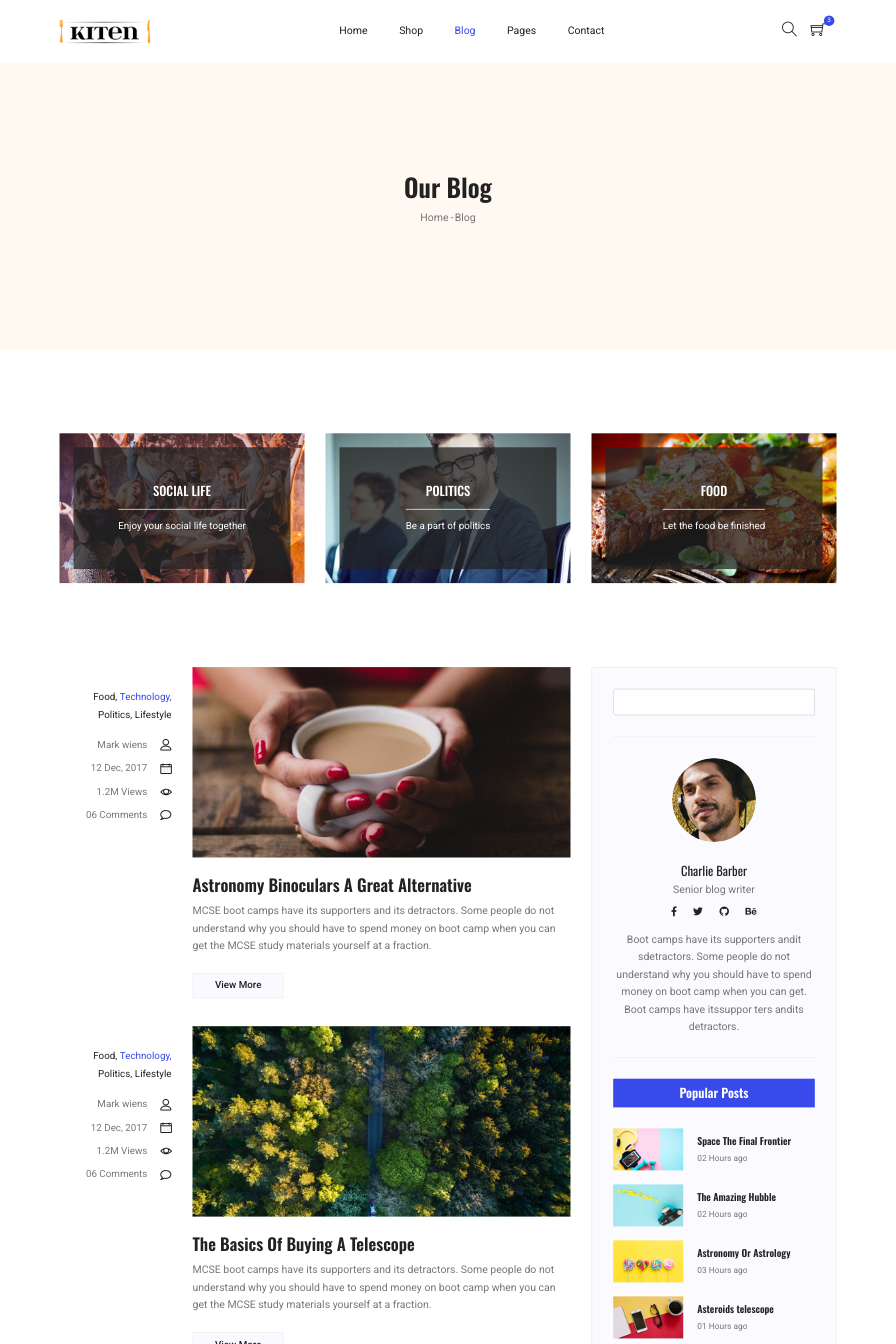
Repository: miniwon/semiProject_KITEN
Page: http://localhost/KITEN/WEB-INF/views/blog.jsp
The author's editor kept a copy of each file at every save. The page is drawn from the files as they stood at one save, then again after the next save.
The browser window is 1280 px wide. The pictures show the part of the page from y = 0 to 1920 px (the page is 4484 px tall), at 70% of full size.
The page is served by Tomcat 9. Nobody is signed in. The template is opened directly, without the code that normally fills it, so the values that code supplies are empty.

Above is the page before, as saved 2022-11-17 01:10:52.

After the next save:
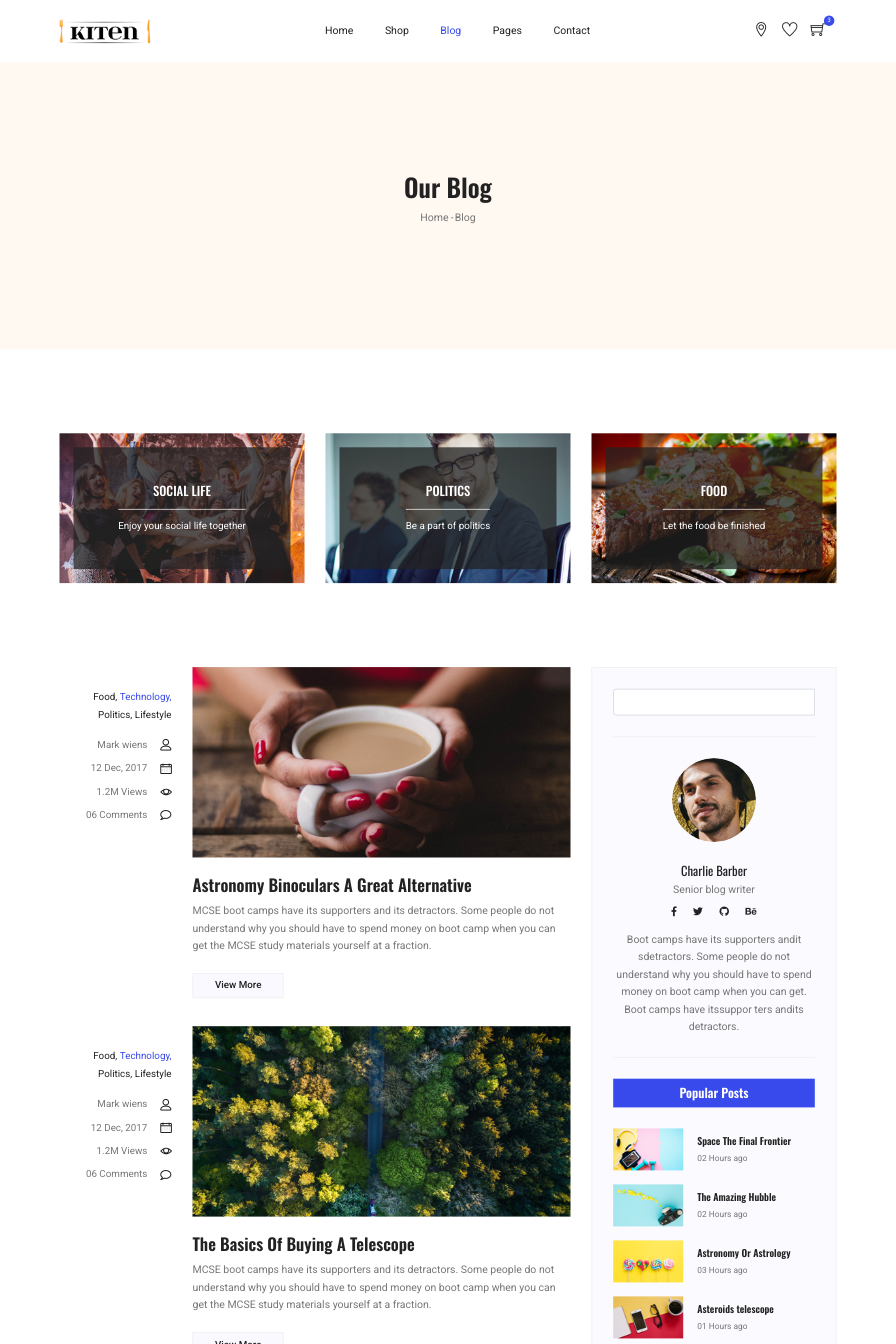
Saved 4 min 19 s later.
--- a/KITEN/src/main/webapp/WEB-INF/views/blog.jsp
+++ b/KITEN/src/main/webapp/WEB-INF/views/blog.jsp
@@ -57,8 +57,11 @@
 						</ul>
 
 						<ul class="nav-shop">
+						<li class="nav-item"><button>
+									<i class="ti-location-pin"></i>
+								</button></li>
 							<li class="nav-item"><button>
-									<i class="ti-search"></i>
+									<i class="ti-heart"></i>
 								</button></li>
 							<li class="nav-item"><button>
 									<i class="ti-shopping-cart"></i><span class="nav-shop__circle">3</span>
